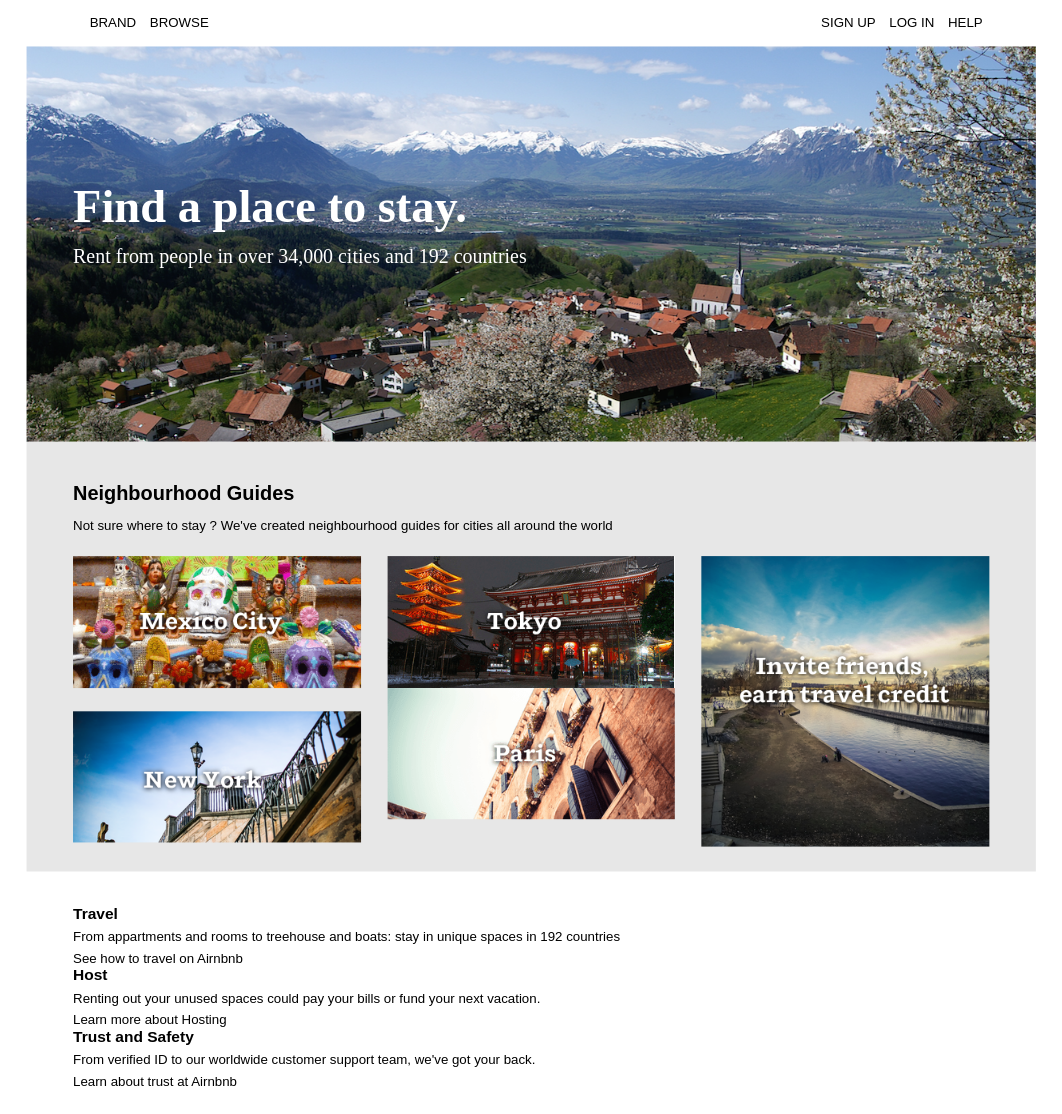
Repository: Naohonproject/web101x02_asm1
Page: Project2.html
The author's editor kept a copy of each file at every save. The page is drawn from the files as they stood at one save, then again after the next save.
The browser window is 1280 px wide. The pictures show the whole page, at 83% of full size.

Above is the page before, as saved 2022-01-15 22:20:42.

After the next save:
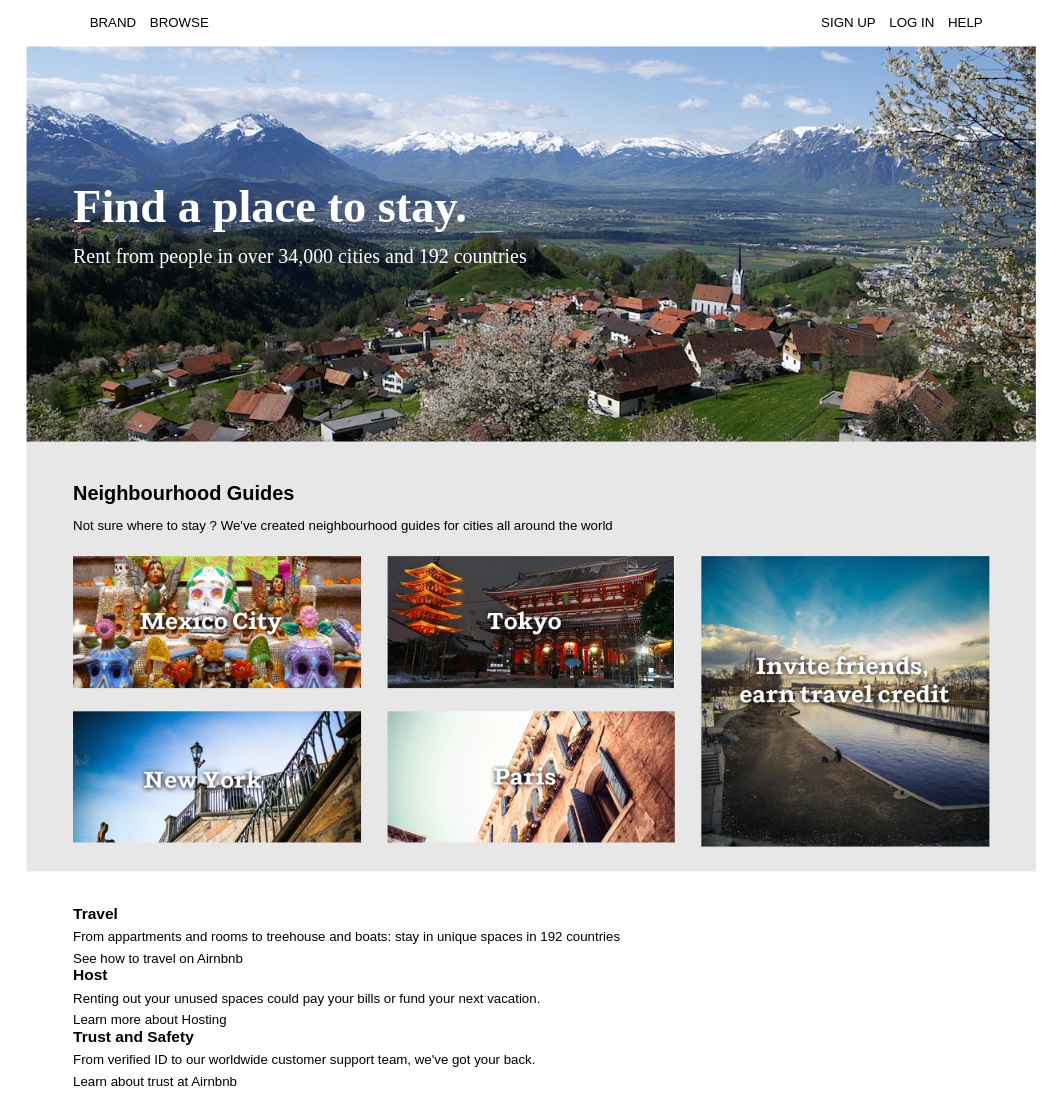
Saved 39 s later.
--- a/Project2.html
+++ b/Project2.html
@@ -67,6 +67,7 @@
 					</div>
 					<div class="image-block">
 						<img
+							class="first-image"
 							src="./assets/img/web101x-Tokyo.png"
 							alt="Tokyo City"
 							width="360"
